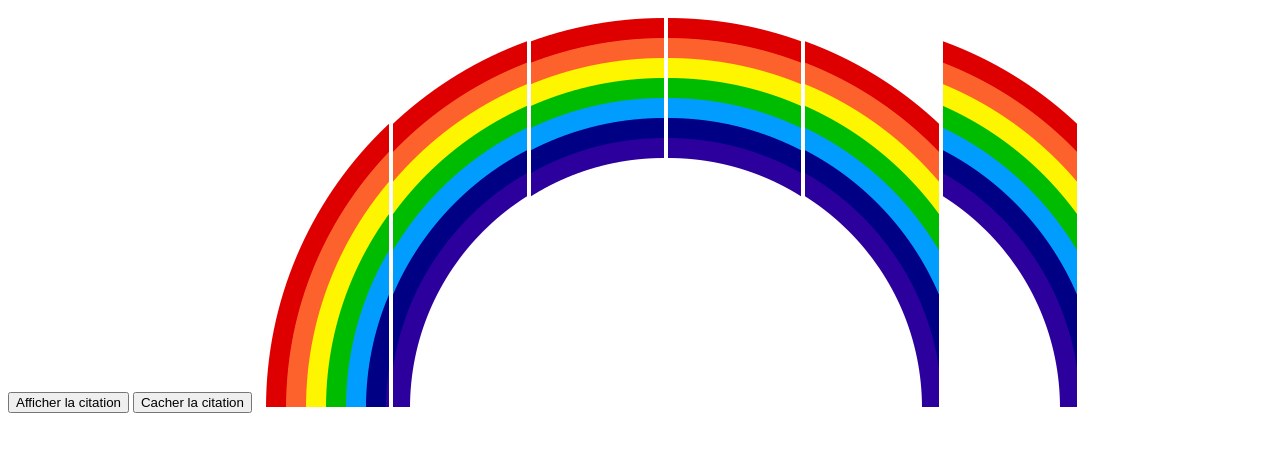
Repository: karim-sebih/runtrackJs
Page: jour3/job2/index.html
The author's editor kept a copy of each file at every save. The page is drawn from the files as they stood at one save, then again after a run of saves.
The browser window is 1280 px wide. The pictures show the whole page.

Above is the page before, as saved 2025-03-12 10:26:13.

### jour3/job2/index.html
<!DOCTYPE html>
<html lang="en">
<head>
    <meta charset="UTF-8">
    <meta name="viewport" content="width=device-width, initial-scale=1.0">
    <script src="https://code.jquery.com/jquery-3.6.0.min.js"></script>
    <link rel="stylesheet" href="index.Css">
    <title>Document</title>
</head>
<body>
    <button id="Showbtn">Afficher la citation</button>
    <button id="Hidebtn">Cacher la citation</button>
    <img src="./image/arc1.png" alt="">
    <img src="./image/arc2.png" alt="">
    <img src="./image/arc3.png" alt="">
    <img src="./image/arc4.png" alt="">
    <img src="./image/arc5.png" alt="">
    <img src="./image/arc5.png" alt="">



</body>
</html>

Loaded but not shown: jour3/job2/index.Css (no stored copy; drawn as an empty file)

After the next 12 saves:
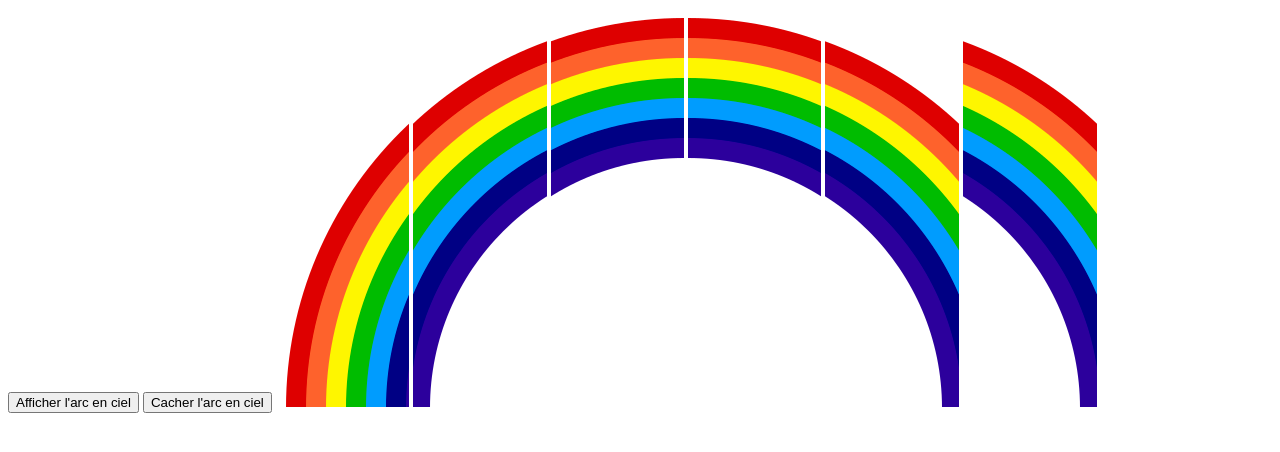
The 12 saves are shown as one change because they came seconds apart.
The last was saved 30 s later.
--- a/jour3/job2/index.html
+++ b/jour3/job2/index.html
@@ -8,8 +8,8 @@
     <title>Document</title>
 </head>
 <body>
-    <button id="Showbtn">Afficher la citation</button>
-    <button id="Hidebtn">Cacher la citation</button>
+    <button id="Showbtn">Afficher l'arc en ciel </button>
+    <button id="Hidebtn">Cacher l'arc en ciel </button>
     <img src="./image/arc1.png" alt="">
     <img src="./image/arc2.png" alt="">
     <img src="./image/arc3.png" alt="">
